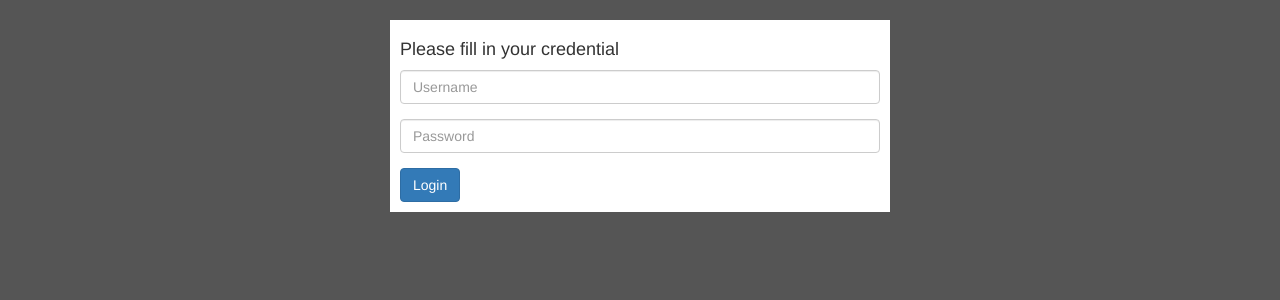
Repository: manjuladevadoss/DemoProject
Page: Eclipseworkspace/DemoTrans/html/login.html
These files come from the project's save history. The page is drawn as it stood at one moment and after the next save; the edit follows.
The browser window is 1280 px wide. The pictures show the whole page.

Above is the page before, as saved 2019-02-20 08:53:35.

After the next save:
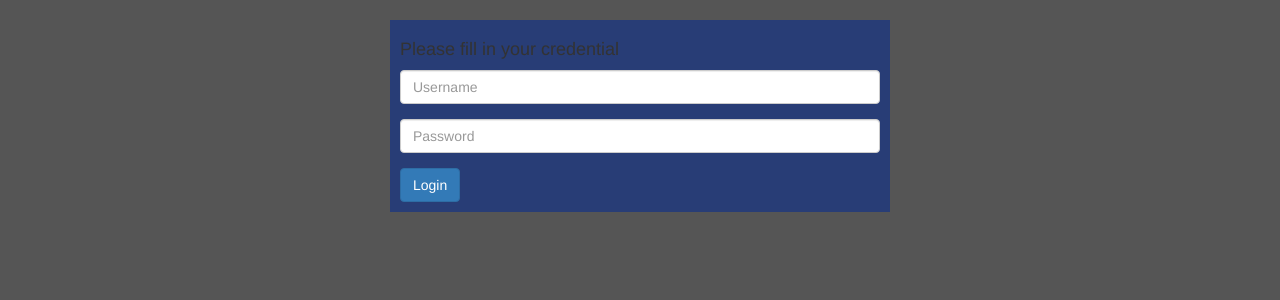
Saved 5 min 29 s later.
--- a/Eclipseworkspace/DemoTrans/html/login.html
+++ b/Eclipseworkspace/DemoTrans/html/login.html
@@ -23,7 +23,7 @@ body {
 .content {
   max-width: 500px;
   margin: auto;
-  background: white;
+  background: #283D76;
   padding: 10px;
 }
 </style>
